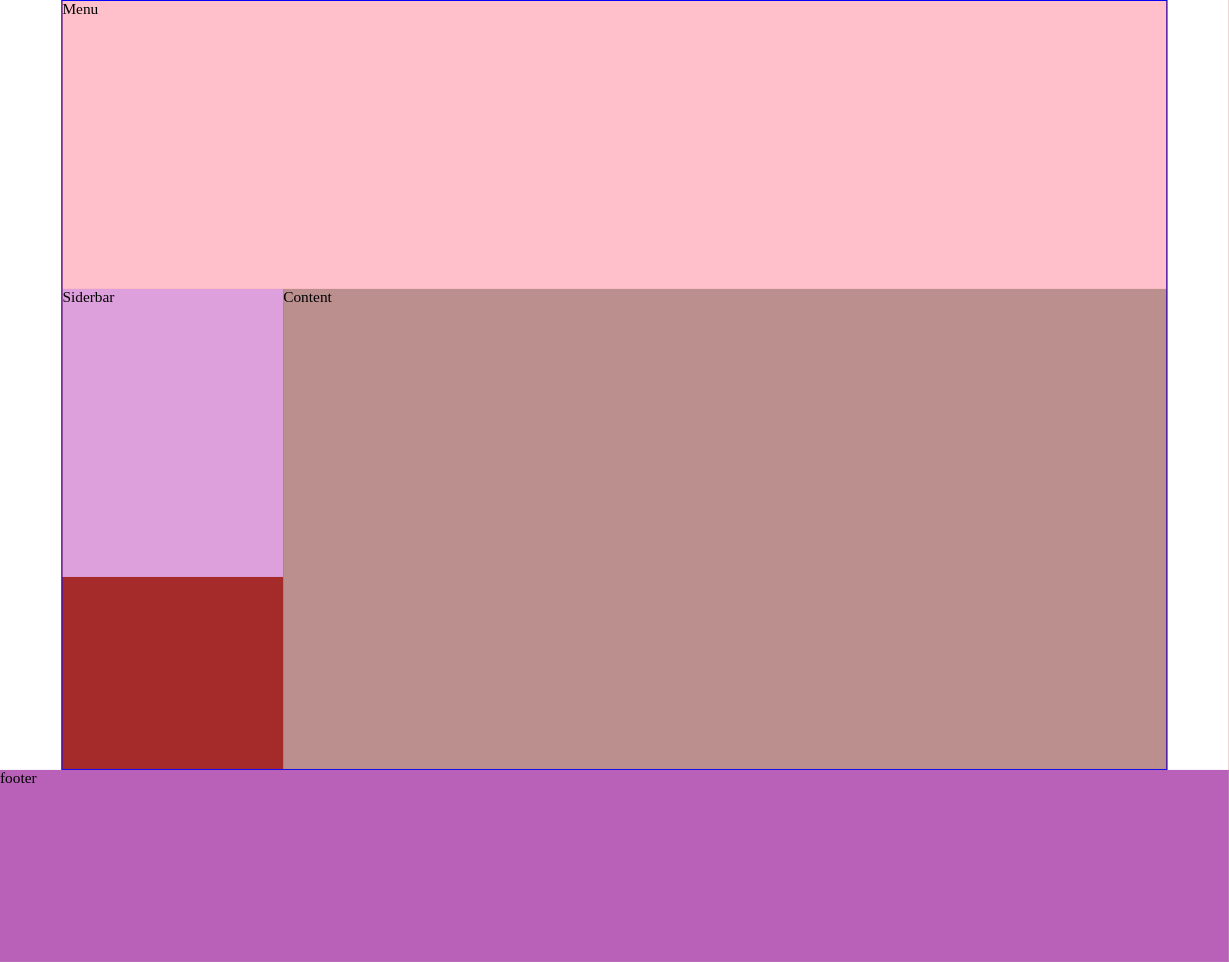
Repository: cvTuananh/Wed-famework
Page: Lab04/lab04/demo05.html
The author's editor kept a copy of each file at every save. The page is drawn from the files as they stood at one save, then again after the next save.
The browser window is 1280 px wide. The pictures show the whole page, at 96% of full size.

Above is the page before, as saved 2021-09-28 19:48:52.

After the next save:
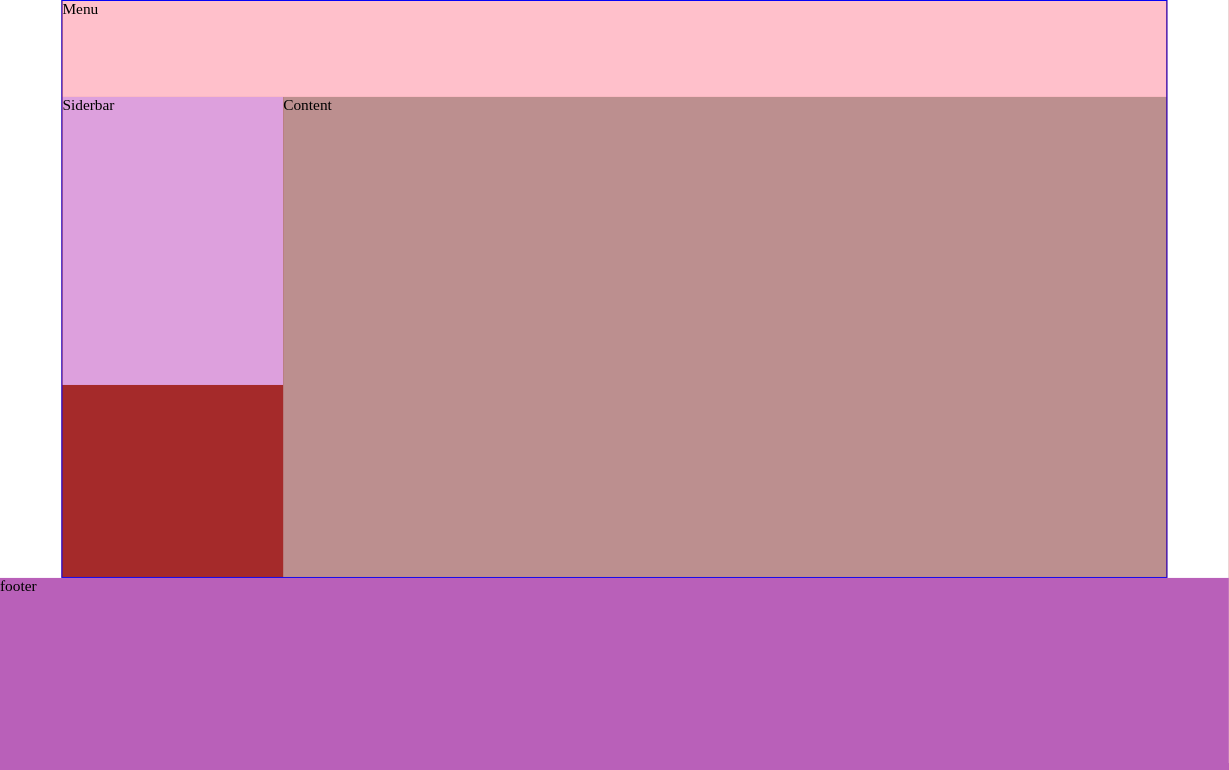
Saved 11 s later.
--- a/Lab04/lab04/css/demo05.css
+++ b/Lab04/lab04/css/demo05.css
@@ -12,7 +12,7 @@
 }
 nav{
     background-color: pink;
-    height: 300px;
+    height: 100px;
 }
 aside{
     background-color: plum;
